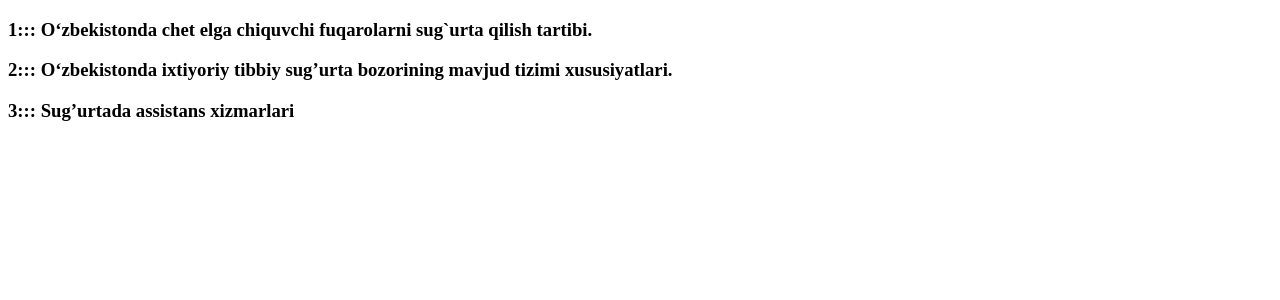
Repository: Ikromkhurozov/exam-inst
Page: index.html
An editor plug-in stored every save of this project. The page is shown before and after a run of saves, followed by the edit.
The browser window is 1280 px wide. The pictures show the whole page.

Above is the page before, as saved 2023-05-21 14:40:47.

After the next 5 saves:
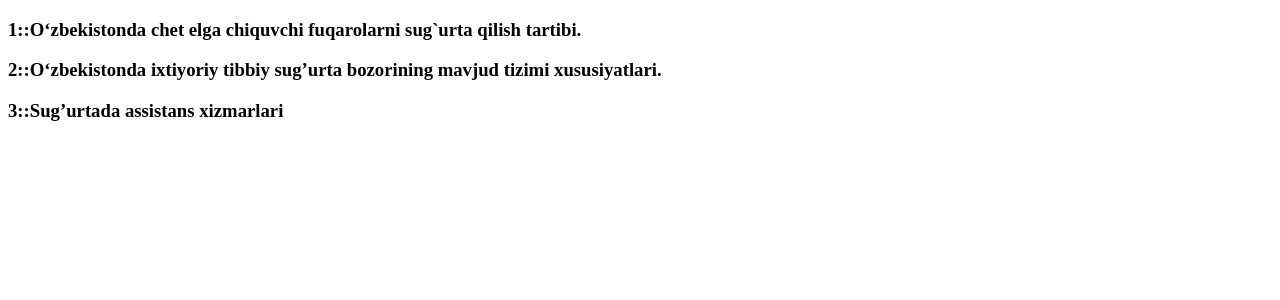
The 5 saves are shown as one change because they came seconds apart.
The last was saved 15 s later.
--- a/index.html
+++ b/index.html
@@ -7,8 +7,9 @@
   <title>Document</title>
 </head>
 <body>
-    <h3>1::: O‘zbekistonda chet elga chiquvchi fuqarolarni sug`urta qilish tartibi.</h3>
-    <h3>2::: O‘zbekistonda ixtiyoriy tibbiy sugʼurta bozorining mavjud tizimi xususiyatlari.</h3>
-    <h3>3::: Sug’urtada assistans xizmarlari</h3>
+    <h3>1::O‘zbekistonda chet elga chiquvchi fuqarolarni sug`urta qilish tartibi.</h3>
+    <div></div>
+    <h3>2::O‘zbekistonda ixtiyoriy tibbiy sugʼurta bozorining mavjud tizimi xususiyatlari.</h3>
+    <h3>3::Sug’urtada assistans xizmarlari</h3>
 </body>
 </html>
